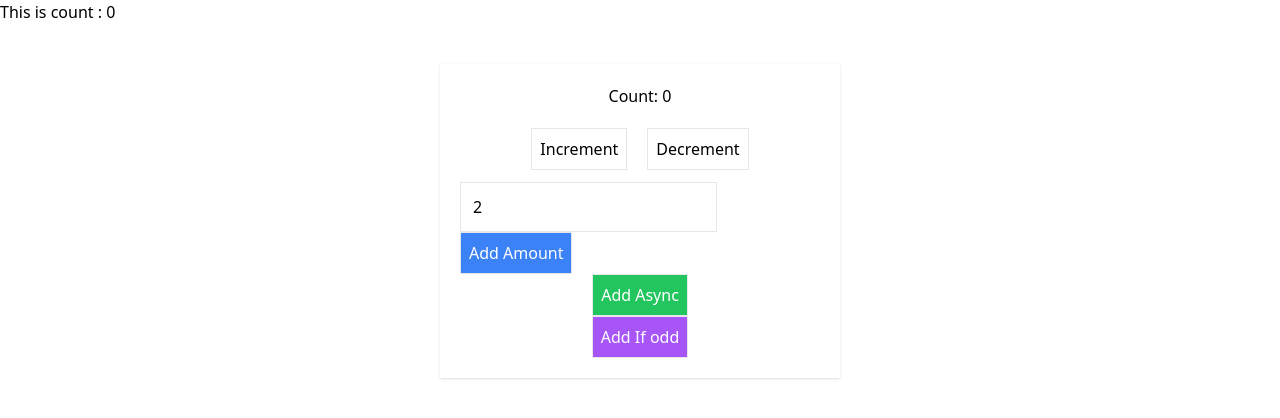
Repository: hoang0508/Learn-Redux-Evon
Page: /
The author's editor kept a copy of each file at every save. The page is drawn from the files as they stood at one save, then again after the next save.
The browser window is 1280 px wide. The pictures show the whole page.
The project was rebuilt for these pictures with package versions that can differ from the ones it lists, and the page was loaded fresh each time. Also part of the build but not shown: src/App.css.

Above is the page before, as saved 2022-06-17 08:37:58.

After the next save:
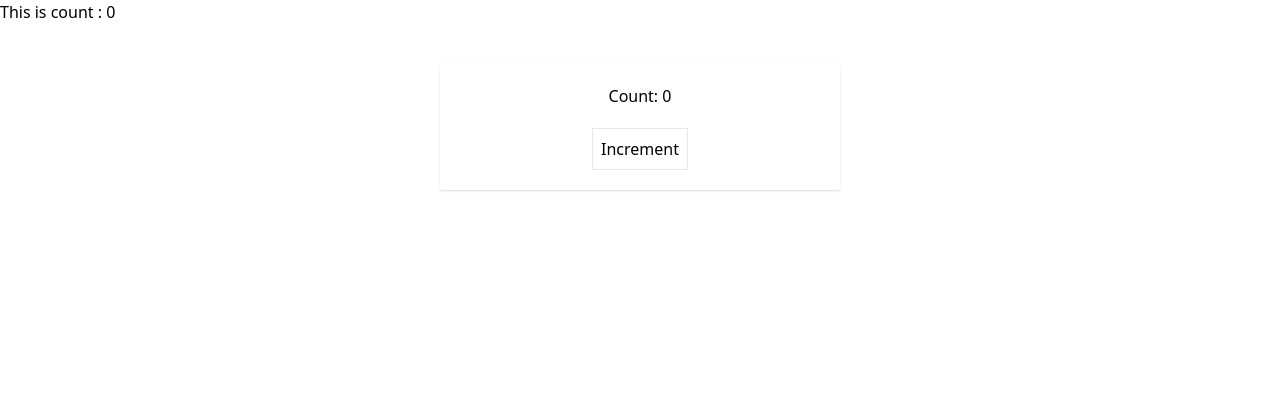
Saved 4 min 2 s later.
--- a/src/components/Counter.js
+++ b/src/components/Counter.js
@@ -1,12 +1,13 @@
 import React, { useState } from "react";
 import { useDispatch, useSelector } from "react-redux";
-import {
-  addamount,
-  decrement,
-  increment,
-  incrementAsync,
-  incrementIfOdd,
-} from "../redux/counter";
+import { increment } from "../redux-tookit/counterSlice";
+// import {
+//   addamount,
+//   decrement,
+//   increment,
+//   incrementAsync,
+//   incrementIfOdd,
+// } from "../redux/counter";
 
 const Counter = (props) => {
   const [incrementAmount, setIncrementAmount] = useState(2);
@@ -16,25 +17,25 @@ const Counter = (props) => {
     // setCount(() => count + 1);
     dispatch(increment());
   };
-  const handleDecrement = () => {
-    // setCount(() => count - 1);
-    dispatch(decrement());
-  };
+  // const handleDecrement = () => {
+  //   // setCount(() => count - 1);
+  //   dispatch(decrement());
+  // };
 
-  // increment addAmount
-  const handleAddAmount = () => {
-    dispatch(addamount(Number(incrementAmount)));
-  };
+  // // increment addAmount
+  // const handleAddAmount = () => {
+  //   dispatch(addamount(Number(incrementAmount)));
+  // };
 
-  // increment async
-  const handleIncrementAsync = () => {
-    dispatch(incrementAsync(Number(incrementAmount)));
-  };
+  // // increment async
+  // const handleIncrementAsync = () => {
+  //   dispatch(incrementAsync(Number(incrementAmount)));
+  // };
 
   //
-  const handleIncrementIfOdd = () => {
-    dispatch(incrementIfOdd(Number(incrementAmount)));
-  };
+  // const handleIncrementIfOdd = () => {
+  //   dispatch(incrementIfOdd(Number(incrementAmount)));
+  // };
   return (
     <div className="flex flex-col items-center p-5 bg-white shadow w-[400px] mx-auto mt-10">
       <h2 className="mb-5">Count: {count}</h2>
@@ -45,14 +46,14 @@ const Counter = (props) => {
         >
           Increment
         </button>
-        <button
+        {/* <button
           className="inline-block border-gray-200 p-2 border"
           onClick={handleDecrement}
         >
           Decrement
-        </button>
+        </button> */}
       </div>
-      <div className="mt-3">
+      {/* <div className="mt-3">
         <input
           className="border border-gray-200 p-3"
           type="number"
@@ -81,7 +82,7 @@ const Counter = (props) => {
         >
           Add If odd
         </button>
-      </div>
+      </div> */}
     </div>
   );
 };
